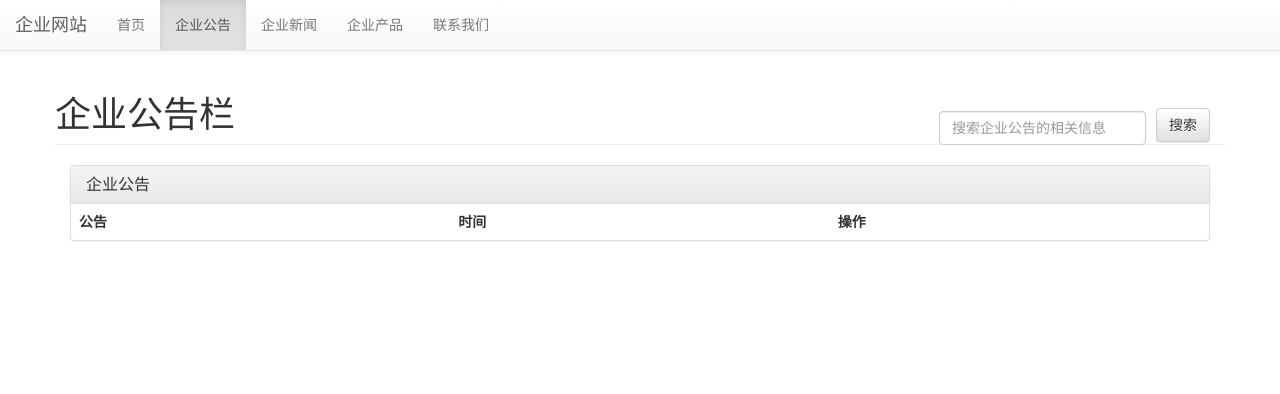
Repository: Mrzx0925/mystudyj2ee
Page: mvssh/src/main/webapp/mywrite/gonggao.html
These files come from the project's save history. The page is drawn as it stood at one moment and after the next save; the edit follows.
The browser window is 1280 px wide. The pictures show the whole page.
The page's requests for data from a server got no answer.

Above is the page before, as saved 2019-12-22 13:26:02.

After the next save:
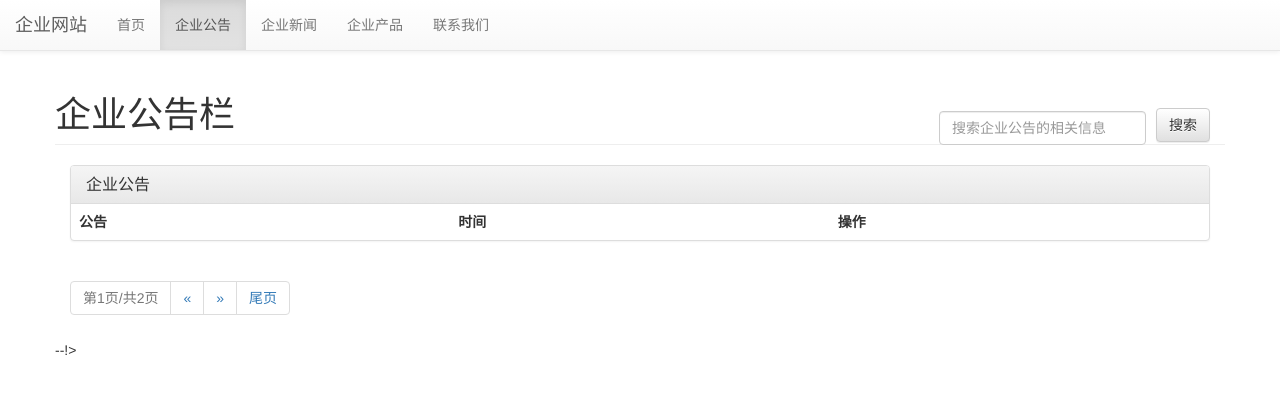
Saved 15 s later.
--- a/mvssh/src/main/webapp/mywrite/gonggao.html
+++ b/mvssh/src/main/webapp/mywrite/gonggao.html
@@ -76,8 +76,23 @@
 
 
 <!--
+				<div class="pull-right">
+					<!--右对齐--->
+					<ul class="pagination">
+						<li class="disabled"><a href="#">第1页/共2页</a></li>
 
---!>
+
+						<li><a href="">&laquo;</a></li>
+						<!-- 上一页 -->
+
+						<li><a href="">&raquo;</a></li>
+						<li><a href="">尾页</a></li>
+					</ul>
+				</div>
+				--!>
+			</div>
+
+
 		</div>
 	</div>
 

After the save that followed:
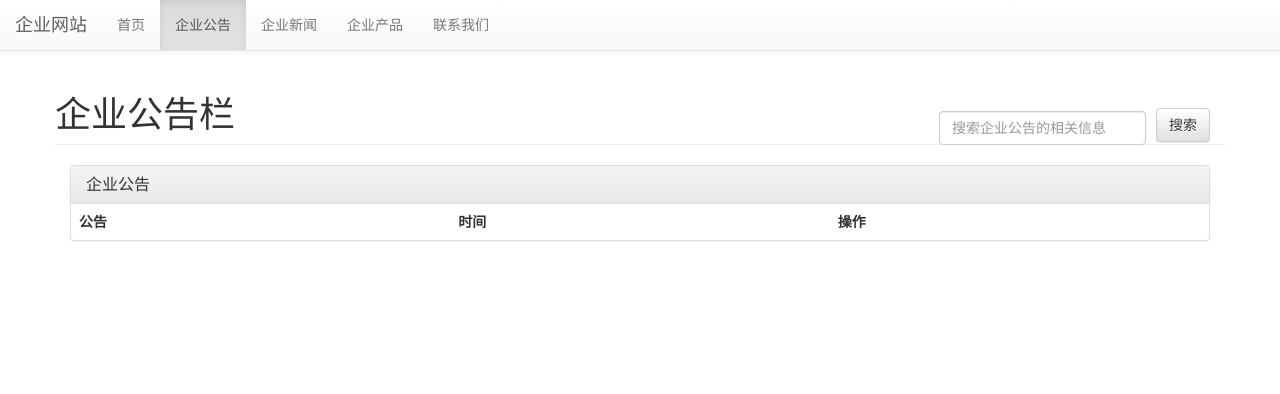
Saved 4 s later.
--- a/mvssh/src/main/webapp/mywrite/gonggao.html
+++ b/mvssh/src/main/webapp/mywrite/gonggao.html
@@ -76,19 +76,7 @@
 
 
 <!--
-				<div class="pull-right">
-					<!--右对齐--->
-					<ul class="pagination">
-						<li class="disabled"><a href="#">第1页/共2页</a></li>
 
-
-						<li><a href="">&laquo;</a></li>
-						<!-- 上一页 -->
-
-						<li><a href="">&raquo;</a></li>
-						<li><a href="">尾页</a></li>
-					</ul>
-				</div>
 				--!>
 			</div>
 
